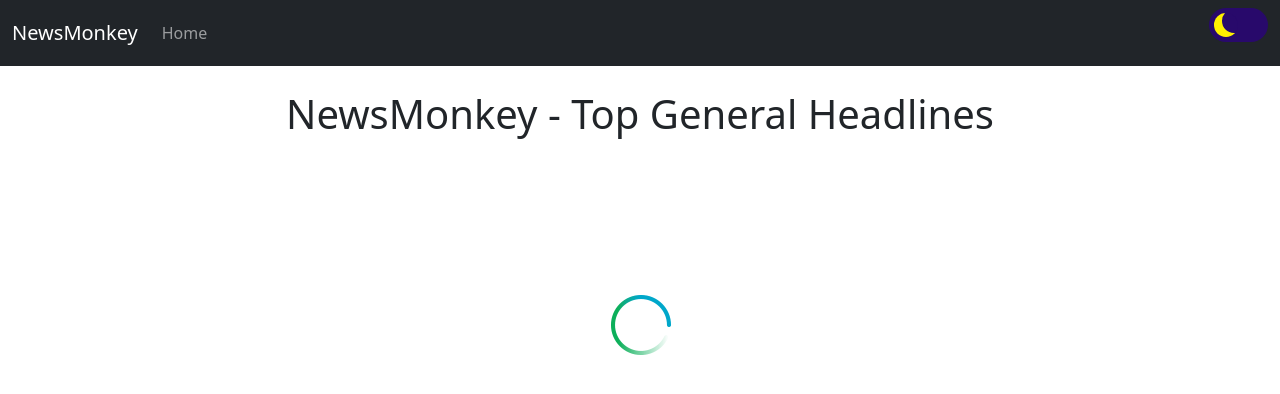
Repository: dhruvdornal/NewsBytes
Page: /
The author's editor kept a copy of each file at every save. The page is drawn from the files as they stood at one save, then again after a run of saves.
The browser window is 1280 px wide. The pictures show the whole page.
The page's requests for data from a server got no answer. The project was rebuilt for these pictures with package versions that can differ from the ones it lists, and the page was loaded fresh each time. No one was signed in, and anything a server would have sent is missing. Also part of the build but not shown: src/components/NewsItems.js, src/components/NotFound.js.

Above is the page before, as saved 2023-03-11 01:30:35.

### public/index.html
<!DOCTYPE html>
<html lang="en">
  <head>
    <meta charset="utf-8" />
    <link rel="icon" type="image/png" href="%PUBLIC_URL%/logo.png" />
    <meta name="viewport" content="width=device-width, initial-scale=1" />
    <meta name="theme-color" content="#000000" />
    <meta
      name="description"
      content="Web site created using create-react-app"
    />
    <link rel="apple-touch-icon" href="%PUBLIC_URL%/logo192.png" />
    <!--
      manifest.json provides metadata used when your web app is installed on a
      user's mobile device or desktop. See https://developers.google.com/web/fundamentals/web-app-manifest/
    -->
    <link rel="manifest" href="%PUBLIC_URL%/manifest.json" />
    <link href="https://cdn.jsdelivr.net/npm/bootstrap@5.3.0-alpha1/dist/css/bootstrap.min.css" rel="stylesheet" integrity="sha384-GLhlTQ8iRABdZLl6O3oVMWSktQOp6b7In1Zl3/Jr59b6EGGoI1aFkw7cmDA6j6gD" crossorigin="anonymous">
    <!--
      Notice the use of %PUBLIC_URL% in the tags above.
      It will be replaced with the URL of the `public` folder during the build.
      Only files inside the `public` folder can be referenced from the HTML.

      Unlike "/favicon.ico" or "favicon.ico", "%PUBLIC_URL%/favicon.ico" will
      work correctly both with client-side routing and a non-root public URL.
      Learn how to configure a non-root public URL by running `npm run build`.
    -->
    <title>News Bite</title>
  </head>
  <body>
    <noscript>You need to enable JavaScript to run this app.</noscript>
    <div id="root"></div>
    <!--
      This HTML file is a template.
      If you open it directly in the browser, you will see an empty page.

      You can add webfonts, meta tags, or analytics to this file.
      The build step will place the bundled scripts into the <body> tag.

      To begin the development, run `npm start` or `yarn start`.
      To create a production bundle, use `npm run build` or `yarn build`.
    -->
    <script src="https://cdn.jsdelivr.net/npm/@popperjs/core@2.11.6/dist/umd/popper.min.js" integrity="sha384-oBqDVmMz9ATKxIep9tiCxS/Z9fNfEXiDAYTujMAeBAsjFuCZSmKbSSUnQlmh/jp3" crossorigin="anonymous"></script>
    <script src="https://cdn.jsdelivr.net/npm/bootstrap@5.3.0-alpha1/dist/js/bootstrap.min.js" integrity="sha384-mQ93GR66B00ZXjt0YO5KlohRA5SY2XofN4zfuZxLkoj1gXtW8ANNCe9d5Y3eG5eD" crossorigin="anonymous"></script>
  </body>
</html>

### src/index.css
.infinite-scroll-component {
    overflow: hidden !important;
  }
  :root{
    --body_background: white;
    --body_color: black;
    --link_color: navy;
  }

[data-theme="dark"]{
  --body_background: #282c34;
    --body_color: white;
    --link_color: cyan;
}
*{
  transition: all 0.3s ease-in-out;
}

### src/App.js

import './App.css';

import React, { Component } from 'react'
import NavBar from './components/NavBar';
import News from './components/News';

import {
  Route,
  Routes,
  BrowserRouter,
} from "react-router-dom";
import NotFound from './components/NotFound';

export default class App extends Component {

  render() {

    return (
      <div>
    <BrowserRouter>
    <NavBar/>
        <Routes>
            <Route exact path="/" element={<News key="general"  country="in" category="general" />} />
            <Route exact path="/NewsByte" element={<News key="general"  country="in" category="general" />} />
            <Route exact path="/general" element={<News key="general"  country="in" category="general" />} />
            <Route exact path="/sports" element={<News key="sports"  country="in" category="sports" />} />
            <Route exact path="/science" element={<News key="science"  country="in" category="science" />} />
            <Route exact path="/entertainment" element={<News key="entertainment"  country="in" category="entertainment" />} />
            <Route exact path="/business" element={<News key="business"  country="in" category="business" />}/>
            <Route exact path="/technology" element={<News key="technology"  country="in" category="technology" />} />
            <Route exact path="/health" element={<News key="health"  country="in" category="health" />} />



            <Route exact path="*" element={<NotFound/>}/>
        </Routes>
    </BrowserRouter>
      </div>
    )
  }
}

### src/App.css
.App {
  text-align: center;
}

.App-logo {
  height: 40vmin;
  pointer-events: none;
}

@media (prefers-reduced-motion: no-preference) {
  .App-logo {
    animation: App-logo-spin infinite 20s linear;
  }
}

.App-header {
  background-color: #282c34;
  min-height: 100vh;
  display: flex;
  flex-direction: column;
  align-items: center;
  justify-content: center;
  font-size: calc(10px + 2vmin);
  color: white;
}

.App-link {
  color: #61dafb;
}

@keyframes App-logo-spin {
  from {
    transform: rotate(0deg);
  }
  to {
    transform: rotate(360deg);
  }
}

/*======================
    404 page
=======================*/


.page_404{ padding:40px 0; background:#fff; font-family: 'Arvo', serif;
}

.page_404  img{ width:100%;}

.four_zero_four_bg{

 background-image: url(https://cdn.dribbble.com/users/285475/screenshots/2083086/dribbble_1.gif);
    height: 400px;
    background-position: center;
 }


 .four_zero_four_bg h1{
 font-size:80px;
 }

  .four_zero_four_bg h3{
			 font-size:80px;
			 }

			 .link_404{
	color: #fff!important;
    padding: 10px 20px;
    background: #39ac31;
    margin: 20px 0;
    display: inline-block;}
	.contant_box_404{ margin-top:-50px;}

 /* The switch - the box around the slider */
.switch {
  font-size: 17px;
  position: relative;
  display: inline-block;
  width: 3.5em;
  height: 2em;
}

/* Hide default HTML checkbox */
.switch input {
  opacity: 0;
  width: 0;
  height: 0;
}

/* The slider */
.slider {
  --background: #28096b;
  position: absolute;
  cursor: pointer;
  top: 0;
  left: 0;
  right: 0;
  bottom: 0;
  background-color: var(--background);
  transition: .5s;
  border-radius: 30px;
}

.slider:before {
  position: absolute;
  content: "";
  height: 1.4em;
  width: 1.4em;
  border-radius: 50%;
  left: 10%;
  bottom: 15%;
  box-shadow: inset 8px -4px 0px 0px #fff000;
  background: var(--background);
  transition: .5s;
}

input:checked + .slider {
  background-color: #522ba7;
}

input:checked + .slider:before {
  transform: translateX(100%);
  box-shadow: inset 15px -4px 0px 15px #fff000;
}

### src/components/NavBar.js
// import React, { Component } from 'react'
// import { Link } from 'react-router-dom'
// export default class NavBar extends Component {
//   render() {
//     return (
//       <div>
//         <nav className='navbar fixed-top navbar-expand-lg bg-dark'>
//         <div className="container-fluid">
//     <Link className="navbar-brand text-light" to="/">NewsBytes</Link>
//     <button className="navbar-toggler" type="button" data-bs-toggle="collapse" data-bs-target="#navbarSupportedContent" aria-controls="navbarSupportedContent" aria-expanded="false" aria-label="Toggle navigation">
//       <span className="navbar-toggler-icon"></span>
//     </button>
//     <div className="collapse navbar-collapse" id="navbarSupportedContent">
//       <ul className="navbar-nav me-auto mb-2 mb-lg-0">
//         <li className="nav-item">
//           <Link className="nav-link active text-light" aria-current="page" to="/">Home</Link>
//         </li>
//         <li className="nav-item">
//         </li>
//         <li className="nav-item dropdown">
//           <Link className="nav-link dropdown-toggle text-light" to="#" role="button" data-bs-toggle="dropdown" aria-expanded="false">
//             Category
//           </Link>
//           <ul className="dropdown-menu text-light">
//             <li><Link className="dropdown-item" to="/business">Business</Link></li>
//             <li><Link className="dropdown-item" to="/entertainment">Entertainment</Link></li>
//             <li><Link className="dropdown-item" to="/general">General</Link></li>
//             <li><Link className="dropdown-item" to="/health">Health</Link></li>
//             <li><Link className="dropdown-item" to="/science">Science</Link></li>
//             <li><Link className="dropdown-item" to="/sports">Sports</Link></li>
//             <li><Link className="dropdown-item" to="/technology">Technology</Link></li>
//           </ul>
//         </li>

//       </ul>
//     </div>
//   </div>
// </nav>
//       </div>
//     )
//   }
// }


import React from 'react'
import { Link } from "react-router-dom";



const NavBar = (setDarkMode) => {
  const setDarkTheme = () => {
    document.querySelector("body").setAttribute("data-theme", "dark");
    setDarkMode(true);
};

const setLightTheme = () => {
    document.querySelector("body").setAttribute("data-theme", "light");
    setDarkMode(false);
};

const toggleTheme = (e) => {
    if (e.target.checked) setDarkTheme();
    else setLightTheme();
};

    return (
        <div>
            <nav className="navbar fixed-top navbar-expand-lg navbar-dark bg-dark">
                <div className="container-fluid">
                    <Link className="navbar-brand" to="/">NewsMonkey</Link>
                    <button className="navbar-toggler" type="button" data-bs-toggle="collapse" data-bs-target="#navbarSupportedContent" aria-controls="navbarSupportedContent" aria-expanded="false" aria-label="Toggle navigation">
                        <span className="navbar-toggler-icon"></span>
                    </button>
                    <div className="collapse navbar-collapse" id="navbarSupportedContent">
                        <ul className="navbar-nav me-auto mb-2 mb-lg-0">
                            <li className="nav-item">
                                <Link className="nav-link" aria-current="page" to="/">Home</Link>
                            </li>
                            <ul className='dropdown-menu text-light'>
                            <li><Link className="dropdown-item" to="/business">Business</Link></li>
                            <li><Link className="dropdown-item" to="/entertainment">Entertainment</Link></li>
                            <li><Link className="dropdown-item" to="/general">General</Link></li>
                            <li><Link className="dropdown-item" to="/health">Health</Link></li>
                            <li><Link className="dropdown-item" to="/science">Science</Link></li>
                            <li><Link className="dropdown-item" to="/sports">Sports</Link></li>
                            <li><Link className="dropdown-item" to="/technology">Technology</Link></li>
                            </ul>
                        </ul>
                        <ul>
                        <label className="switch">
                          <input type="checkbox" onChange={toggleTheme}/>
                          <span className="slider"></span>
                        </label>
                        </ul>
                    </div>
                </div>
            </nav>
        </div>
    )

}

export default NavBar

### src/components/News.js
// import React, { Component } from 'react'
// import NewsItems from './NewsItems'
// import Spinner from './Spinner';
// import PropTypes from 'prop-types'
// import InfiniteScroll from "react-infinite-scroll-component";

// export class News extends Component {
//   static propTypes = {
//     country: PropTypes.string,
//     category:PropTypes.string
//   }
//    capitalizeFirstLetter = (string)=>{
//     return string.charAt(0).toUpperCase() + string.slice(1);
//   }

//     constructor(props){
//         super(props);
//         this.state = {
//             articles: [],
//             loading:false,
//             page:1,
//             totalResults:0
//         }
//         document.title = `NewsBytes - ${this.capitalizeFirstLetter(this.props.category)}`
//     }
//     async updateNews(){
//         const url = `https://newsapi.org/v2/top-headlines?country=${this.props.country}&category=${this.props.category}&apiKey=432c8b77277c4c3f902b88850c279f80&page=${this.state.page}&pageSize=12`;
//         let data = await fetch(url);
//         let parsedData =  await data.json();
//         this.setState({articles:parsedData.articles,
//                       totalResult:parsedData.totalResults,
//                       loading:false})
//     }
//     async componentDidMount(){
//        await this.updateNews();
//     }

//     fetchMoreData =  async ()=>{
//         this.setState({page:++this.state.page})
//         const url = `https://newsapi.org/v2/top-headlines?country=${this.props.country}&category=${this.props.category}&apiKey=432c8b77277c4c3f902b88850c279f80&page=${this.state.page}&pageSize=12`;
//         let data = await fetch(url);
//         let parsedData =  await data.json();
//         this.setState({
//                         articles:this.state.articles.concat(parsedData.articles),
//                         totalResults:parsedData.totalResults
//         })
//     };
//   render() {
//     return (
//       <>
//         <h1 className='text-center my-5' style={{ margin: '35px 0px' }}>NewsBytes - Top Headlines from {this.capitalizeFirstLetter(this.props.category)}</h1>
//         {this.state.loading && <Spinner/>}
//         <InfiniteScroll
//           dataLength={this.state.articles.length}
//           next={this.fetchMoreData}
//           hasMore={this.state.articles.length !== this.state.totalResults}
//           loader={<Spinner/>}
//         >
//         <div className="container">
//         <div className="row">
//             {this.state.articles.map((element)=>{
//                 return <div className="col-md-3 my-3" key={element.url}>
//                 <NewsItems title={!element.title?"":element.title.slice(0,53)} source={element.source.name} descreption={!element.description?"":element.description.slice(0,100)} imgURL={element.urlToImage} author={!element.author?"Unknown":element.author} time={element.publishedAt} newsURL={element.url}/>
//                 </div>
//             })}
//         </div>
//         </div>
//         </InfiniteScroll>
//       </>
//     )
//   }
// }
// export default News




import React, {useEffect, useState} from 'react'

import NewsItem from './NewsItems'
import Spinner from './Spinner';
import PropTypes from 'prop-types'
import InfiniteScroll from "react-infinite-scroll-component";

const News = (props)=>{
    const [articles, setArticles] = useState([])
    const [loading, setLoading] = useState(true)
    const [page, setPage] = useState(1)
    const [totalResults, setTotalResults] = useState(0)

    const capitalizeFirstLetter = (string) => {
        return string.charAt(0).toUpperCase() + string.slice(1);
    }

    const updateNews = async ()=> {
        const url = `https://newsapi.org/v2/top-headlines?country=${props.country}&category=${props.category}&apiKey=432c8b77277c4c3f902b88850c279f80&page=${page}&pageSize=12`;
        setLoading(true)
        let data = await fetch(url);
        //props.setProgress(30);
        let parsedData = await data.json()
        //props.setProgress(70);
        setArticles(parsedData.articles)
        setTotalResults(parsedData.totalResults)
        setLoading(false)
        //props.setProgress(100);
    }

    useEffect(() => {
        document.title = `${capitalizeFirstLetter(props.category)} - NewsMonkey`;
        updateNews();
        // eslint-disable-next-line
    }, [])


    const fetchMoreData = async () => {
        const url = `https://newsapi.org/v2/top-headlines?country=${props.country}&category=${props.category}&apiKey=432c8b77277c4c3f902b88850c279f80&page=${page+1}&pageSize=12`;
        setPage(page+1)
        let data = await fetch(url);
        let parsedData = await data.json()
        setArticles(articles.concat(parsedData.articles))
        setTotalResults(parsedData.totalResults)
      };

        return (
            <>
                <h1 className="text-center" style={{ margin: '35px 0px', marginTop: '90px' }}>NewsMonkey - Top {capitalizeFirstLetter(props.category)} Headlines</h1>
                {loading && <Spinner />}
                <InfiniteScroll
                    dataLength={articles.length}
                    next={fetchMoreData}
                    hasMore={articles.length !== totalResults}
                    loader={<Spinner/>}
                >
                    <div className="container">

                    <div className="row">
                        {articles.map((element) => {
                            return <div className="col-md-4" key={element.url}>
                                <NewsItem title={element.title ? element.title : ""} description={element.description ? element.description : ""} imageUrl={element.urlToImage} newsUrl={element.url} author={element.author} date={element.publishedAt} source={element.source.name} />
                            </div>
                        })}
                    </div>
                    </div>
                </InfiniteScroll>
            </>
        )

}


News.defaultProps = {
    country: 'in',
    pageSize: 8,
    category: 'general',
}

News.propTypes = {
    country: PropTypes.string,
    pageSize: PropTypes.number,
    category: PropTypes.string,
}

export default News

### src/components/Spinner.js
import React, { Component } from 'react'
import loading from './loading.gif'
export class Spinner extends Component {
  render() {
    return (
      <div className='text-center'>
        <img src={loading} alt="loading"></img>
      </div>
    )
  }
}

export default Spinner

Loaded but not shown: src/index.js (common file); src/reportWebVitals.js (common file)

After the next 3 saves:
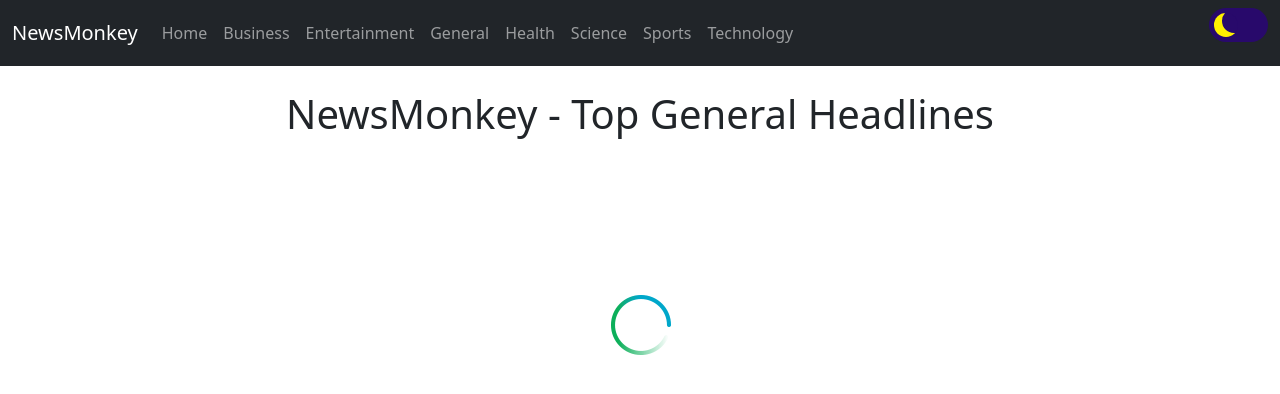
The 3 saves are shown as one change because 1 did not build or start and some came seconds apart.
The last was saved 22 s later.
--- a/src/components/NavBar.js
+++ b/src/components/NavBar.js
@@ -48,20 +48,7 @@
 
 
 const NavBar = (setDarkMode) => {
-  const setDarkTheme = () => {
-    document.querySelector("body").setAttribute("data-theme", "dark");
-    setDarkMode(true);
-};
 
-const setLightTheme = () => {
-    document.querySelector("body").setAttribute("data-theme", "light");
-    setDarkMode(false);
-};
-
-const toggleTheme = (e) => {
-    if (e.target.checked) setDarkTheme();
-    else setLightTheme();
-};
 
     return (
         <div>
@@ -76,19 +63,17 @@
                             <li className="nav-item">
                                 <Link className="nav-link" aria-current="page" to="/">Home</Link>
                             </li>
-                            <ul className='dropdown-menu text-light'>
-                            <li><Link className="dropdown-item" to="/business">Business</Link></li>
-                            <li><Link className="dropdown-item" to="/entertainment">Entertainment</Link></li>
-                            <li><Link className="dropdown-item" to="/general">General</Link></li>
-                            <li><Link className="dropdown-item" to="/health">Health</Link></li>
-                            <li><Link className="dropdown-item" to="/science">Science</Link></li>
-                            <li><Link className="dropdown-item" to="/sports">Sports</Link></li>
-                            <li><Link className="dropdown-item" to="/technology">Technology</Link></li>
-                            </ul>
+                            <li className="nav-item"><Link className="nav-link" to="/business">Business</Link></li>
+                            <li className="nav-item"><Link className="nav-link" to="/entertainment">Entertainment</Link></li>
+                            <li className="nav-item"><Link className="nav-link" to="/general">General</Link></li>
+                            <li className="nav-item"><Link className="nav-link" to="/health">Health</Link></li>
+                            <li className="nav-item"><Link className="nav-link" to="/science">Science</Link></li>
+                            <li className="nav-item"><Link className="nav-link" to="/sports">Sports</Link></li>
+                            <li className="nav-item"><Link className="nav-link" to="/technology">Technology</Link></li>
                         </ul>
                         <ul>
                         <label className="switch">
-                          <input type="checkbox" onChange={toggleTheme}/>
+                          <input type="checkbox" />
                           <span className="slider"></span>
                         </label>
                         </ul>
